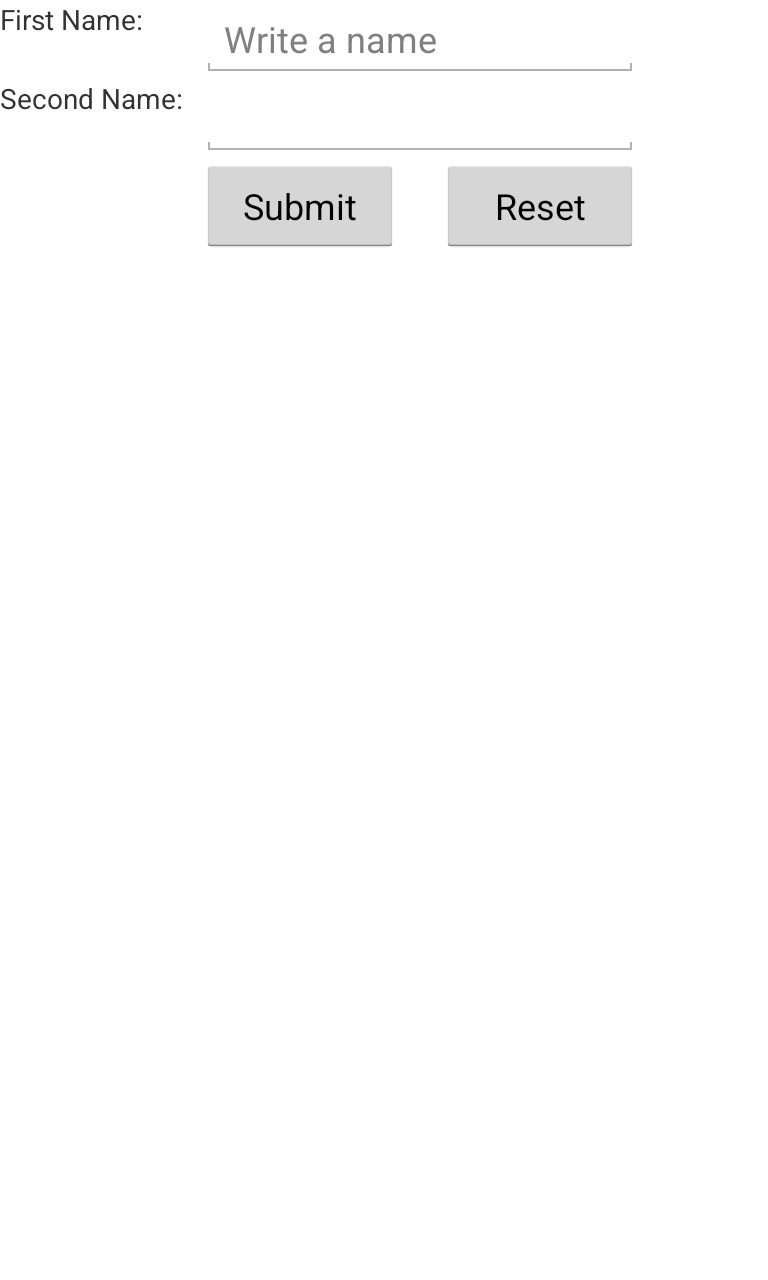
Repository: hugoM1/trainingNaranya
Layout: Layouts/res/layout/activity_relative_layout.xml
The author's editor kept a copy of each file at every save. The layout is drawn from the files as they stood at one save, then again after the next save.
It is drawn on a 768 x 1280 px phone screen (xhdpi) without system bars, with theme AppTheme; the app's code is not run.

Above is the layout before, as saved 2013-08-14 02:40:09.

After the next save:
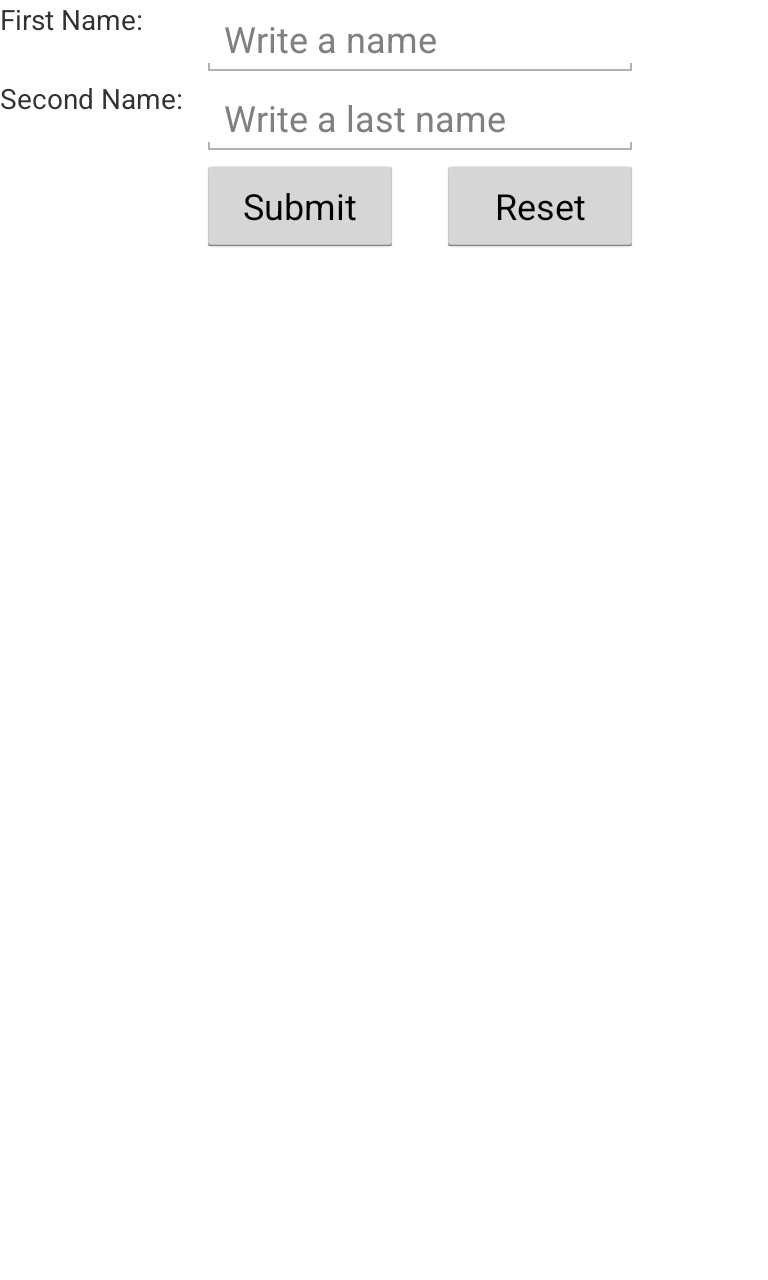
Saved 22 s later.
--- a/Layouts/res/layout/activity_relative_layout.xml
+++ b/Layouts/res/layout/activity_relative_layout.xml
@@ -21,7 +21,8 @@
 	    android:layout_width="220dp"
 		android:layout_height="wrap_content"
 		android:layout_below="@+id/EditText1"
-		android:layout_alignLeft="@+id/EditText1" />
+		android:layout_alignLeft="@+id/EditText1"
+		android:hint="@string/text_hint2" />
 	<TextView
 	    android:id="@+id/TextView2"
 		android:layout_width="wrap_content"
